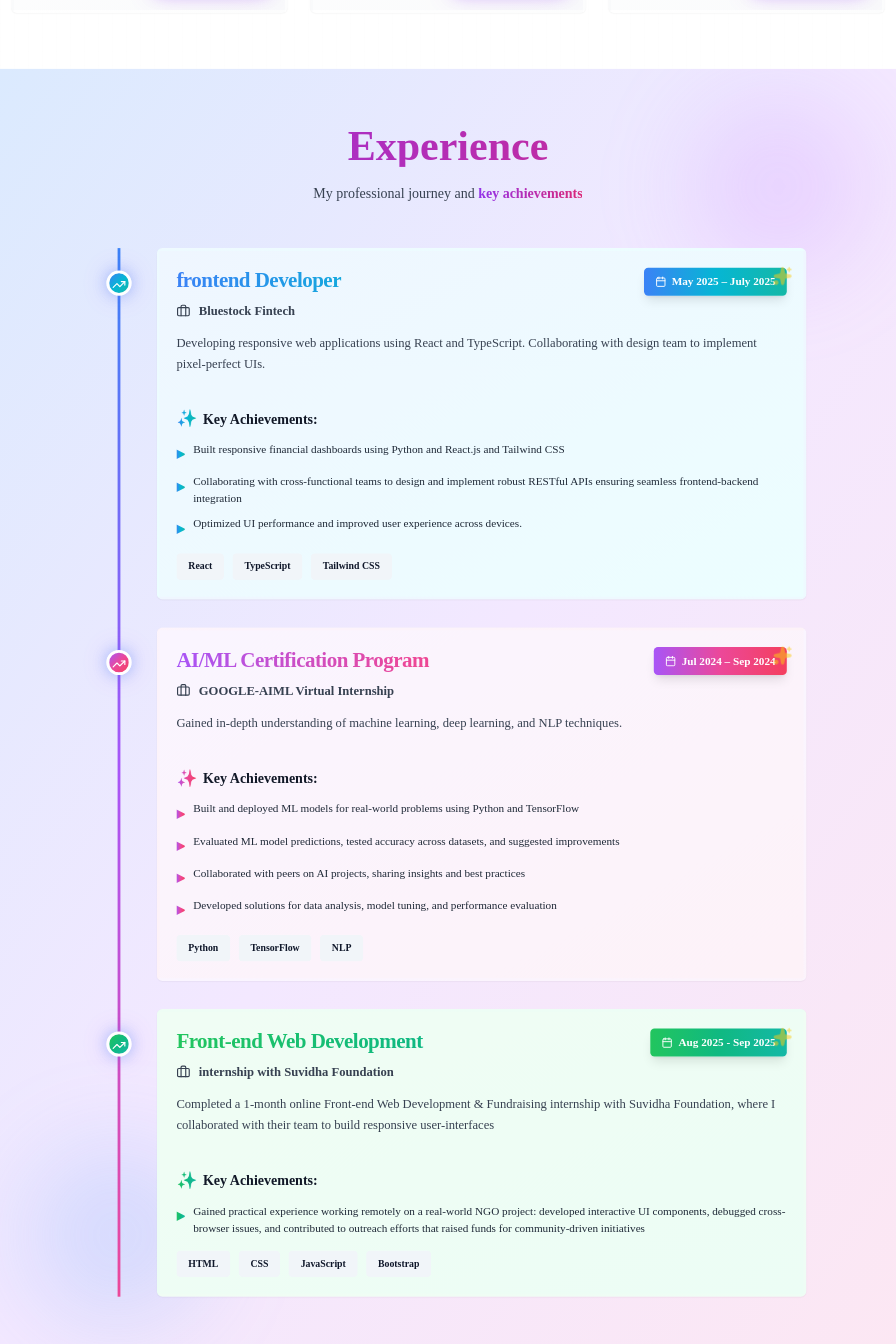
Repository: sm6746/PORTFOLIO
Page: /
An editor plug-in stored every save of this project. The page is shown before and after the next save, followed by the edit.
The browser window is 1280 px wide. The pictures show the part of the page from y = 3888 to 5808 px (the page is 8308 px tall), at 70% of full size.
The project was rebuilt for these pictures with package versions that can differ from the ones it lists, and the page was loaded fresh each time. Also part of the build but not shown: vite.config.ts.

Above is the page before, as saved 2025-11-07 12:18:18.

### index.html
<!DOCTYPE html>
<html lang="en">
  <head>
    <meta charset="UTF-8" />
    <link rel="icon" type="image/svg+xml" href="/favicon.svg" />
    <meta name="viewport" content="width=device-width, initial-scale=1.0" />
    <title>Portfolio</title>
  </head>
  <body>
    <div id="root"></div>
    <script type="module" src="/app/main.tsx"></script>
  </body>
</html>

### app/main.tsx
import React from 'react'
import ReactDOM from 'react-dom/client'
import App from './app'
import './globals.css'

ReactDOM.createRoot(document.getElementById('root')!).render(
  <React.StrictMode>
    <App />
  </React.StrictMode>,
)

### app/app.tsx
import { ThemeProvider } from '@/lib/theme-context';
import { Header } from '@/components/header';
import { HeroSection } from '@/components/hero-section';
import { AboutSection } from '@/components/about-section';
import { SkillsSection } from '@/components/skills-section';
import { ProjectsSection } from '@/components/projects-section';
import { ExperienceSection } from '@/components/experience-section';
import { CertificationsSection } from '@/components/certifications-section';
import { ContactSection } from '@/components/contact-section';
import { Footer } from '@/components/footer';
import { ScrollToTop } from '@/components/scroll-to-top';

function App() {
  return (
    <ThemeProvider>
      <div className="min-h-screen bg-white dark:bg-gray-900 transition-colors duration-300">
        <Header />
        <main>
          <HeroSection />
          <AboutSection />
          <SkillsSection />
          <ProjectsSection />
          <ExperienceSection />
          <CertificationsSection />
          <ContactSection />
        </main>
        <Footer />
        <ScrollToTop />
      </div>
    </ThemeProvider>
  );
}

export default App;

### lib/theme-context.tsx
import React, { createContext, useContext, useEffect, useState } from 'react';

type Theme = 'light' | 'dark';

type ThemeContextType = {
  theme: Theme;
  toggleTheme: () => void;
};

const ThemeContext = createContext<ThemeContextType | undefined>(undefined);

export function ThemeProvider({ children }: { children: React.ReactNode }) {
  const [theme, setTheme] = useState<Theme>(() => {
    const stored = localStorage.getItem('portfolio-theme');
    return (stored as Theme) || 'light';
  });

  useEffect(() => {
    localStorage.setItem('portfolio-theme', theme);
    document.documentElement.classList.toggle('dark', theme === 'dark');
  }, [theme]);

  const toggleTheme = () => {
    setTheme(prev => (prev === 'light' ? 'dark' : 'light'));
  };

  return (
    <ThemeContext.Provider value={{ theme, toggleTheme }}>
      {children}
    </ThemeContext.Provider>
  );
}

export function useTheme() {
  const context = useContext(ThemeContext);
  if (!context) {
    throw new Error('useTheme must be used within ThemeProvider');
  }
  return context;
}

### components/experience-section.tsx
import { Card, CardContent, CardHeader, CardTitle } from '@/components/ui/card';
import { Badge } from '@/components/ui/badge';
import { Briefcase, Calendar, Sparkles, TrendingUp } from 'lucide-react';
import { useScrollAnimation } from '@/hooks/use-scroll-animation';

export function ExperienceSection() {
  const { ref, isVisible } = useScrollAnimation();

  const experiences = [
    {
      title: 'frontend Developer ',
      company: 'Bluestock Fintech',
      period: 'May 2025 – July 2025',
      description: 'Developing responsive web applications using React and TypeScript. Collaborating with design team to implement pixel-perfect UIs.',
      achievements: [
        ' Built responsive financial dashboards using Python and React.js and Tailwind CSS',
        'Collaborating with cross-functional teams to design and implement robust RESTful APIs ensuring seamless frontend-backend integration',
        'Optimized UI performance and improved user experience across devices.',

      ],
      tags: ['React', 'TypeScript', 'Tailwind CSS'],
      gradient: 'from-blue-500 via-cyan-500 to-teal-500',
      bgGradient: 'from-blue-50 to-cyan-50 dark:from-blue-950/50 dark:to-cyan-950/50',
    },
    {
      title: 'AI/ML Certification Program',
      company: 'GOOGLE-AIML Virtual Internship',
      period: 'Jul 2024 – Sep 2024',
      description: 'Gained in-depth understanding of machine learning, deep learning, and NLP techniques.',
      achievements: [
        'Built and deployed ML models for real-world problems using Python and TensorFlow',
        'Evaluated ML model predictions, tested accuracy across datasets, and suggested improvements',
        'Collaborated with peers on AI projects, sharing insights and best practices',
        'Developed solutions for data analysis, model tuning, and performance evaluation',
      ],
      tags: ['Python', 'TensorFlow', 'NLP'],
      gradient: 'from-purple-500 via-pink-500 to-rose-500',
      bgGradient: 'from-purple-50 to-pink-50 dark:from-purple-950/50 dark:to-pink-950/50',
    },
    {
      title: 'Front-end Web Development',
      company: 'internship with Suvidha Foundation',
      period: 'Aug 2025 - Sep 2025',
      description: 'Completed a 1‐month online Front-end Web Development & Fundraising internship with Suvidha Foundation, where I collaborated with their team to build responsive user-interfaces',
      achievements: [
        'Gained practical experience working remotely on a real-world NGO project: developed interactive UI components, debugged cross-browser issues, and contributed to outreach efforts that raised funds for community-driven initiatives',
      ],
      tags: ['HTML', 'CSS', 'JavaScript', 'Bootstrap'],
      gradient: 'from-green-500 via-emerald-500 to-teal-500',
      bgGradient: 'from-green-50 to-emerald-50 dark:from-green-950/50 dark:to-emerald-950/50',
    },
  ];

  return (
    <section
      id="experience"
      ref={ref as React.RefObject<HTMLElement>}
      className="py-20 bg-gradient-to-br from-blue-100 via-purple-100 to-pink-100 dark:from-gray-800 dark:via-purple-900/10 dark:to-blue-900/10 relative overflow-hidden"
    >
      <div className="absolute top-10 right-10 w-64 h-64 bg-purple-400/20 rounded-full blur-3xl"></div>
      <div className="absolute bottom-10 left-10 w-64 h-64 bg-blue-400/20 rounded-full blur-3xl"></div>

      <div className="container mx-auto px-4 relative z-10">
        <div
          className={`transition-all duration-1000 ${
            isVisible ? 'opacity-100 translate-y-0' : 'opacity-0 translate-y-10'
          }`}
        >
          <h2 className="text-5xl md:text-6xl font-extrabold text-center mb-6 bg-gradient-to-r from-blue-600 via-purple-600 to-pink-600 dark:from-blue-400 dark:via-purple-400 dark:to-pink-400 bg-clip-text text-transparent animate-gradient">
            Experience
          </h2>
          <p className="text-center text-gray-700 dark:text-gray-300 mb-16 text-xl font-medium">
            My professional journey and <span className="text-transparent bg-clip-text bg-gradient-to-r from-purple-600 to-pink-600 font-bold">key achievements</span>
          </p>

          <div className="max-w-5xl mx-auto relative">
            <div className="absolute left-10 top-0 bottom-0 w-1 bg-gradient-to-b from-blue-500 via-purple-500 to-pink-500 hidden md:block shadow-lg"></div>

            <div className="space-y-10">
              {experiences.map((exp, index) => (
                <div
                  key={index}
                  className={`relative transition-all duration-1000 ${
                    isVisible ? 'opacity-100 translate-x-0' : 'opacity-0 -translate-x-10'
                  }`}
                  style={{ transitionDelay: `${index * 250}ms` }}
                >
                  <div className={`hidden md:block absolute left-6 top-8 w-9 h-9 rounded-full bg-gradient-to-br ${exp.gradient} border-4 border-white dark:border-gray-800 shadow-xl animate-pulse-glow z-10`}>
                    <TrendingUp className="h-5 w-5 text-white m-auto mt-1.5" />
                  </div>

                  <Card className={`md:ml-24 hover:shadow-2xl transition-all duration-500 transform hover:-translate-y-3 hover:scale-105 border-4 border-transparent hover:border-current bg-gradient-to-br ${exp.bgGradient} overflow-hidden`}>
                    <div className={`absolute inset-0 bg-gradient-to-br ${exp.gradient} opacity-0 group-hover:opacity-10 transition-opacity duration-500`}></div>
                    <CardHeader className="relative">
                      <div className="flex flex-wrap items-start justify-between gap-4 mb-3">
                        <div className="flex-1">
                          <CardTitle className={`text-3xl font-black mb-3 bg-gradient-to-r ${exp.gradient} bg-clip-text text-transparent`}>
                            {exp.title}
                          </CardTitle>
                          <div className="flex items-center gap-3 text-gray-700 dark:text-gray-300">
                            <Briefcase className="h-5 w-5" />
                            <span className="font-bold text-lg">{exp.company}</span>
                          </div>
                        </div>
                        <Badge variant="outline" className={`flex items-center gap-2 px-4 py-2 border-3 bg-gradient-to-r ${exp.gradient} text-white font-bold text-base shadow-lg`}>
                          <Calendar className="h-4 w-4" />
                          {exp.period}
                        </Badge>
                      </div>
                      <p className="text-gray-700 dark:text-gray-300 text-lg leading-relaxed">{exp.description}</p>
                      <Sparkles className="absolute top-4 right-4 h-7 w-7 text-yellow-400 fill-yellow-400 animate-pulse" />
                    </CardHeader>
                    <CardContent className="p-6 relative">
                      <h4 className="font-black mb-4 text-gray-900 dark:text-gray-100 text-xl flex items-center gap-2">
                        <span className={`text-2xl bg-gradient-to-r ${exp.gradient} bg-clip-text text-transparent`}>✨</span>
                        Key Achievements:
                      </h4>
                      <ul className="space-y-3 mb-5">
                        {exp.achievements.map((achievement, idx) => (
                          <li key={idx} className="flex items-start gap-3 text-gray-800 dark:text-gray-200 text-base">
                            <span className={`text-2xl font-bold bg-gradient-to-r ${exp.gradient} bg-clip-text text-transparent mt-0.5`}>▸</span>
                            <span>{achievement}</span>
                          </li>
                        ))}
                      </ul>
                      <div className="flex flex-wrap gap-3">
                        {exp.tags.map((tag, tagIndex) => (
                          <Badge key={tagIndex} variant="secondary" className="text-sm font-bold px-4 py-2 hover:scale-110 transition-transform">
                            {tag}
                          </Badge>
                        ))}
                      </div>
                    </CardContent>
                  </Card>
                </div>
              ))}
            </div>
          </div>
        </div>
      </div>
    </section>
  );
}

### components/footer.tsx
import { Github, Linkedin, Mail } from 'lucide-react';
import { Button } from '@/components/ui/button';

export function Footer() {
  return (
    <footer className="py-12 bg-gray-900 text-white">
      <div className="container mx-auto px-4">
        <div className="flex flex-col items-center gap-6">
          <div className="text-3xl font-bold bg-gradient-to-r from-blue-400 to-purple-400 bg-clip-text text-transparent">
            SHIVANI MEHRA
          </div>
          <p className="text-gray-400 text-center max-w-md">
            Building the future, one line of code at a time. Let's create something amazing together.
          </p>
          <div className="flex gap-4">
            <Button
              variant="ghost"
              size="icon"
              className="rounded-full hover:bg-blue-600/20 text-gray-300 hover:text-white transition-all"
            >
              <a
              href="https://github.com/sm6746"
              target="_blank"
              rel="noopener noreferrer"
            >
              <Github className="h-5 w-5" />
              </a>
            </Button>
            <Button
              variant="ghost"
              size="icon"
              className="rounded-full hover:bg-blue-600/20 text-gray-300 hover:text-white transition-all"
            >
              <a
              href="https://www.linkedin.com/in/shivani-mehra-/"
              target="_blank"
              rel="noopener noreferrer"
            >
              <Linkedin className="h-7 w-7" />
              </a>
            </Button>
            <Button
              variant="ghost"
              size="icon"
              className="rounded-full hover:bg-blue-600/20 text-gray-300 hover:text-white transition-all"
            >
              <a
              href="https://mail.google.com/mail/?view=cm&fs=1&to=shivanimehra22may@gmail.com"
              target="_blank"
              rel="noopener noreferrer"
            >
               <Mail className="h-5 w-5" />
              </a>

            </Button>
          </div>
          <div className="border-t border-gray-800 pt-6 w-full text-center">
            <p className="text-gray-500 text-sm">

            </p>
          </div>
        </div>
      </div>
    </footer>
  );
}

### components/scroll-to-top.tsx
import { Button } from '@/components/ui/button';
import { ArrowUp } from 'lucide-react';
import { useEffect, useState } from 'react';

export function ScrollToTop() {
  const [isVisible, setIsVisible] = useState(false);

  useEffect(() => {
    const toggleVisibility = () => {
      setIsVisible(window.scrollY > 500);
    };

    window.addEventListener('scroll', toggleVisibility);
    return () => window.removeEventListener('scroll', toggleVisibility);
  }, []);

  const scrollToTop = () => {
    window.scrollTo({ top: 0, behavior: 'smooth' });
  };

  if (!isVisible) return null;

  return (
    <Button
      onClick={scrollToTop}
      size="icon"
      className="fixed bottom-8 right-8 z-50 rounded-full shadow-lg bg-gradient-to-r from-blue-600 to-purple-600 hover:from-blue-700 hover:to-purple-700 animate-bounce"
    >
      <ArrowUp className="h-5 w-5" />
    </Button>
  );
}

### components/ui/button.tsx
import * as React from "react"
import { Slot } from "@radix-ui/react-slot"
import { cva, type VariantProps } from "class-variance-authority"

import { cn } from "@/lib/utlis"

const buttonVariants = cva(
  "inline-flex items-center justify-center gap-2 whitespace-nowrap rounded-md text-sm font-medium transition-colors focus-visible:outline-none focus-visible:ring-1 focus-visible:ring-ring disabled:pointer-events-none disabled:opacity-50 [&_svg]:pointer-events-none [&_svg]:size-4 [&_svg]:shrink-0",
  {
    variants: {
      variant: {
        default:
          "bg-primary text-primary-foreground shadow hover:bg-primary/90",
        destructive:
          "bg-destructive text-destructive-foreground shadow-sm hover:bg-destructive/90",
        outline:
          "border border-input bg-background shadow-sm hover:bg-accent hover:text-accent-foreground",
        secondary:
          "bg-secondary text-secondary-foreground shadow-sm hover:bg-secondary/80",
        ghost: "hover:bg-accent hover:text-accent-foreground",
        link: "text-primary underline-offset-4 hover:underline",
      },
      size: {
        default: "h-9 px-4 py-2",
        sm: "h-8 rounded-md px-3 text-xs",
        lg: "h-10 rounded-md px-8",
        icon: "h-9 w-9",
      },
    },
    defaultVariants: {
      variant: "default",
      size: "default",
    },
  }
)

export interface ButtonProps
  extends React.ButtonHTMLAttributes<HTMLButtonElement>,
    VariantProps<typeof buttonVariants> {
  asChild?: boolean
}

const Button = React.forwardRef<HTMLButtonElement, ButtonProps>(
  ({ className, variant, size, asChild = false, ...props }, ref) => {
    const Comp = asChild ? Slot : "button"
    return (
      <Comp
        className={cn(buttonVariants({ variant, size, className }))}
        ref={ref}
        {...props}
      />
    )
  }
)
Button.displayName = "Button"

export { Button, buttonVariants }

### hooks/use-scroll-animation.ts
import { useEffect, useRef, useState } from 'react';

export function useScrollAnimation() {
  const ref = useRef<HTMLElement>(null);
  const [isVisible, setIsVisible] = useState(false);

  useEffect(() => {
    const observer = new IntersectionObserver(
      ([entry]) => {
        if (entry.isIntersecting) {
          setIsVisible(true);
        }
      },
      { threshold: 0.1 }
    );

    if (ref.current) {
      observer.observe(ref.current);
    }

    return () => {
      if (ref.current) {
        observer.unobserve(ref.current);
      }
    };
  }, []);

  return { ref, isVisible };
}

### components/ui/card.tsx
import * as React from "react"

import { cn } from "@/lib/utlis"

const Card = React.forwardRef<
  HTMLDivElement,
  React.HTMLAttributes<HTMLDivElement>
>(({ className, ...props }, ref) => (
  <div
    ref={ref}
    className={cn(
      "rounded-lg border bg-card text-card-foreground shadow-sm",
      className,
    )}
    {...props}
  />
))
Card.displayName = "Card"

const CardHeader = React.forwardRef<
  HTMLDivElement,
  React.HTMLAttributes<HTMLDivElement>
>(({ className, ...props }, ref) => (
  <div
    ref={ref}
    className={cn("flex flex-col space-y-1.5 p-6", className)}
    {...props}
  />
))
CardHeader.displayName = "CardHeader"

const CardTitle = React.forwardRef<
  HTMLParagraphElement,
  React.HTMLAttributes<HTMLHeadingElement>
>(({ className, ...props }, ref) => (
  <h3
    ref={ref}
    className={cn(
      "text-2xl font-semibold leading-none tracking-tight",
      className,
    )}
    {...props}
  />
))
CardTitle.displayName = "CardTitle"

const CardDescription = React.forwardRef<
  HTMLParagraphElement,
  React.HTMLAttributes<HTMLParagraphElement>
>(({ className, ...props }, ref) => (
  <p
    ref={ref}
    className={cn("text-sm text-muted-foreground", className)}
    {...props}
  />
))
CardDescription.displayName = "CardDescription"

const CardContent = React.forwardRef<
  HTMLDivElement,
  React.HTMLAttributes<HTMLDivElement>
>(({ className, ...props }, ref) => (
  <div ref={ref} className={cn("p-6 pt-0", className)} {...props} />
))
CardContent.displayName = "CardContent"

const CardFooter = React.forwardRef<
  HTMLDivElement,
  React.HTMLAttributes<HTMLDivElement>
>(({ className, ...props }, ref) => (
  <div
    ref={ref}
    className={cn("flex items-center p-6 pt-0", className)}
    {...props}
  />
))
CardFooter.displayName = "CardFooter"

export { Card, CardHeader, CardFooter, CardTitle, CardDescription, CardContent }

### components/ui/badge.tsx
import * as React from "react"
import { cva, type VariantProps } from "class-variance-authority"

import { cn } from "@/lib/utlis"

const badgeVariants = cva(
  "inline-flex items-center rounded-md border px-2.5 py-0.5 text-xs font-semibold transition-colors focus:outline-none focus:ring-2 focus:ring-ring focus:ring-offset-2",
  {
    variants: {
      variant: {
        default:
          "border-transparent bg-primary text-primary-foreground shadow hover:bg-primary/80",
        secondary:
          "border-transparent bg-secondary text-secondary-foreground hover:bg-secondary/80",
        destructive:
          "border-transparent bg-destructive text-destructive-foreground shadow hover:bg-destructive/80",
        outline: "text-foreground",
      },
    },
    defaultVariants: {
      variant: "default",
    },
  }
)

export interface BadgeProps
  extends React.HTMLAttributes<HTMLDivElement>,
    VariantProps<typeof badgeVariants> {}

function Badge({ className, variant, ...props }: BadgeProps) {
  return (
    <div className={cn(badgeVariants({ variant }), className)} {...props} />
  )
}

export { Badge, badgeVariants }

### components/ui/input.tsx
import * as React from "react"

import { cn } from "@/lib/utlis"

const Input = React.forwardRef<HTMLInputElement, React.ComponentProps<"input">>(
  ({ className, type, ...props }, ref) => {
    return (
      <input
        type={type}
        className={cn(
          "flex h-9 w-full rounded-md border border-input bg-transparent px-3 py-1 text-base shadow-sm transition-colors file:border-0 file:bg-transparent file:text-sm file:font-medium file:text-foreground placeholder:text-muted-foreground focus-visible:outline-none focus-visible:ring-1 focus-visible:ring-ring disabled:cursor-not-allowed disabled:opacity-50 md:text-sm",
          className
        )}
        ref={ref}
        {...props}
      />
    )
  }
)
Input.displayName = "Input"

export { Input }

### components/ui/textarea.tsx
import * as React from "react"

import { cn } from "@/lib/utlis"

const Textarea = React.forwardRef<
  HTMLTextAreaElement,
  React.ComponentProps<"textarea">
>(({ className, ...props }, ref) => {
  return (
    <textarea
      className={cn(
        "flex min-h-[60px] w-full rounded-md border border-input bg-transparent px-3 py-2 text-base shadow-sm placeholder:text-muted-foreground focus-visible:outline-none focus-visible:ring-1 focus-visible:ring-ring disabled:cursor-not-allowed disabled:opacity-50 md:text-sm",
        className
      )}
      ref={ref}
      {...props}
    />
  )
})
Textarea.displayName = "Textarea"

export { Textarea }

Loaded but not shown: lib/utlis.tsx (common file); tailwind.config.js (62 lines, source omitted); components/projects-section.tsx (180 lines, source omitted); components/contact-section.tsx (144 lines, source omitted); components/certifications-section.tsx (150 lines, source omitted); components/hero-section.tsx (124 lines, source omitted); components/about-section.tsx (79 lines, source omitted); components/skills-section.tsx (112 lines, source omitted); components/header.tsx (82 lines, source omitted); app/globals.css (115 lines, source omitted)

After the next save:
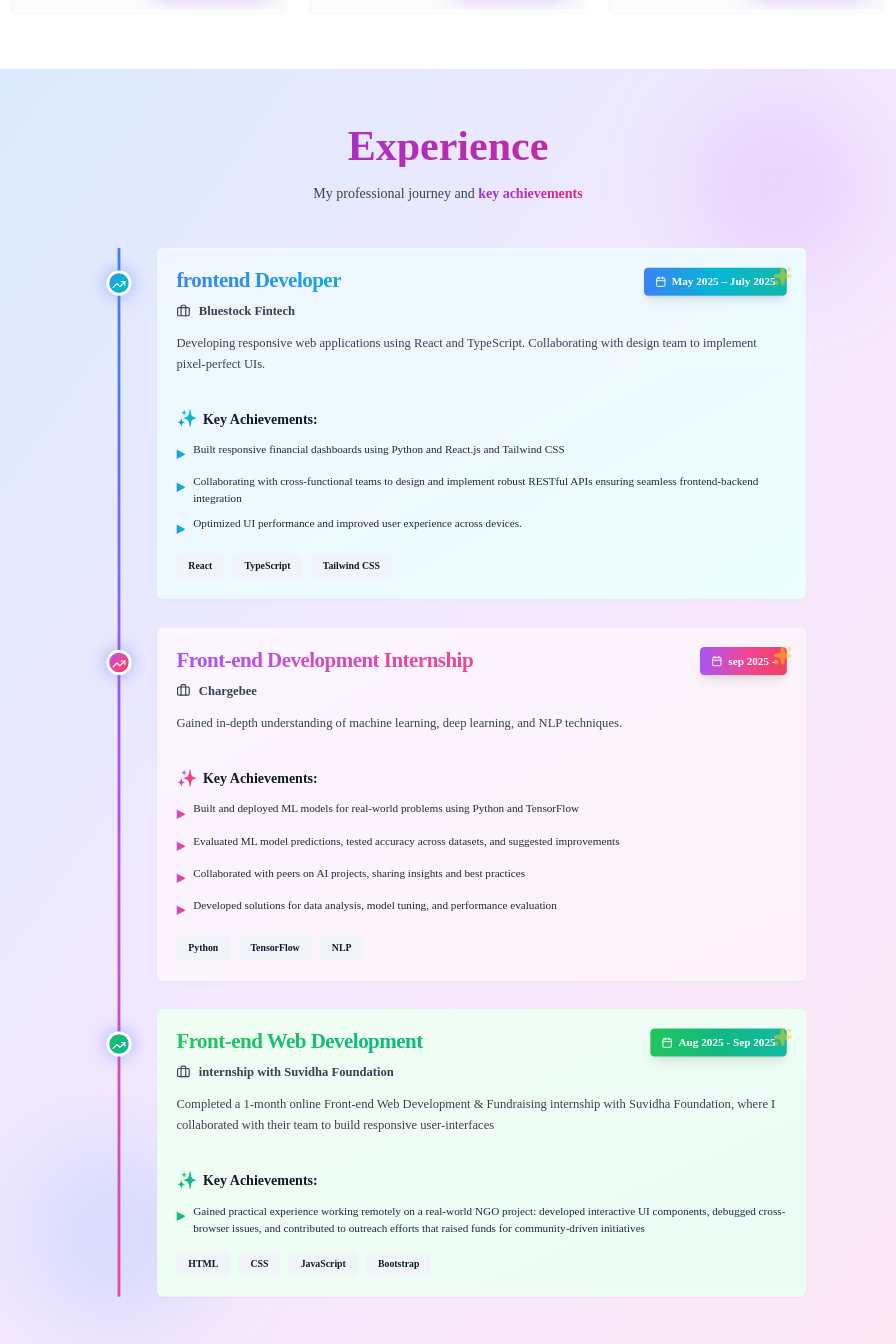
Saved 2 min 46 s later.
--- a/components/experience-section.tsx
+++ b/components/experience-section.tsx
@@ -23,9 +23,9 @@ export function ExperienceSection() {
       bgGradient: 'from-blue-50 to-cyan-50 dark:from-blue-950/50 dark:to-cyan-950/50',
     },
     {
-      title: 'AI/ML Certification Program',
-      company: 'GOOGLE-AIML Virtual Internship',
-      period: 'Jul 2024 – Sep 2024',
+      title: 'Front-end Development Internship ',
+      company: ' Chargebee',
+      period: 'sep 2025 - ',
       description: 'Gained in-depth understanding of machine learning, deep learning, and NLP techniques.',
       achievements: [
         'Built and deployed ML models for real-world problems using Python and TensorFlow',
